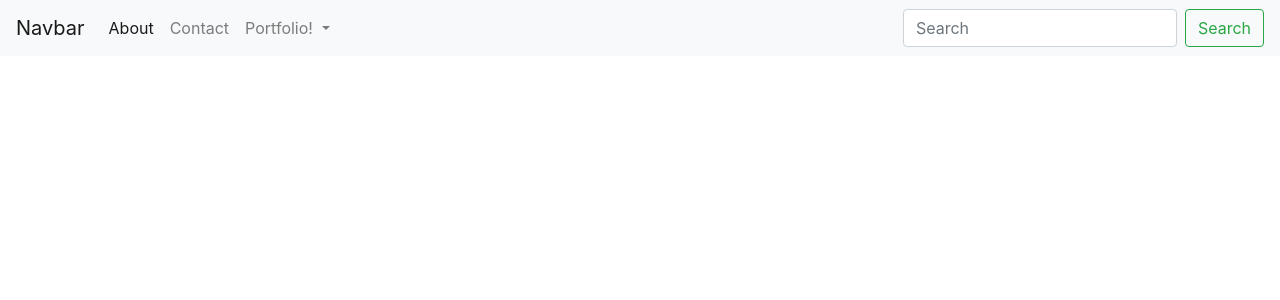
Repository: LiamB123/LiamBrowne.com.github.io
Page: index.html
The author's editor kept a record of every edit. The page is drawn from the files as they stood at one moment, then again after the next edit.
The browser window is 1280 px wide. The pictures show the whole page.

Above is the page before.

After the next edit:
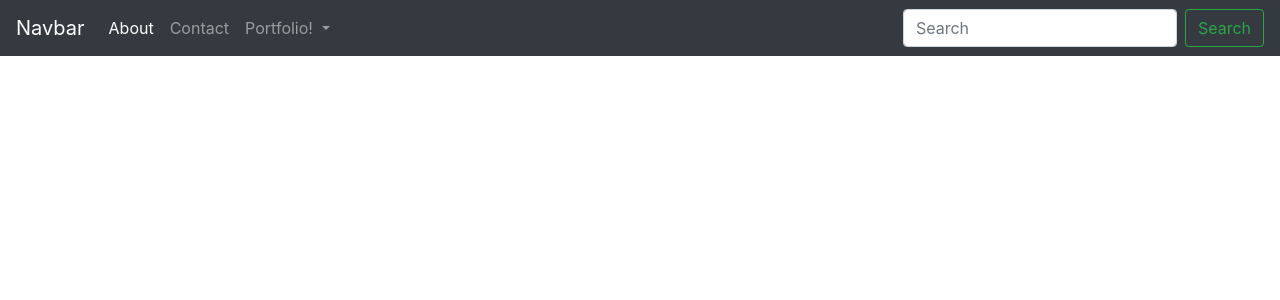
The edit:
--- a/index.html
+++ b/index.html
@@ -23,7 +23,7 @@
 <body>
 
 
-<nav class="navbar navbar-expand-lg navbar-light bg-light">
+<nav class="navbar navbar-expand-lg navbar-dark bg-dark">
   <a class="navbar-brand" href="#">Navbar</a>
   <button class="navbar-toggler" type="button" data-toggle="collapse" data-target="#navbarSupportedContent" aria-controls="navbarSupportedContent" aria-expanded="false" aria-label="Toggle navigation">
     <span class="navbar-toggler-icon"></span>
